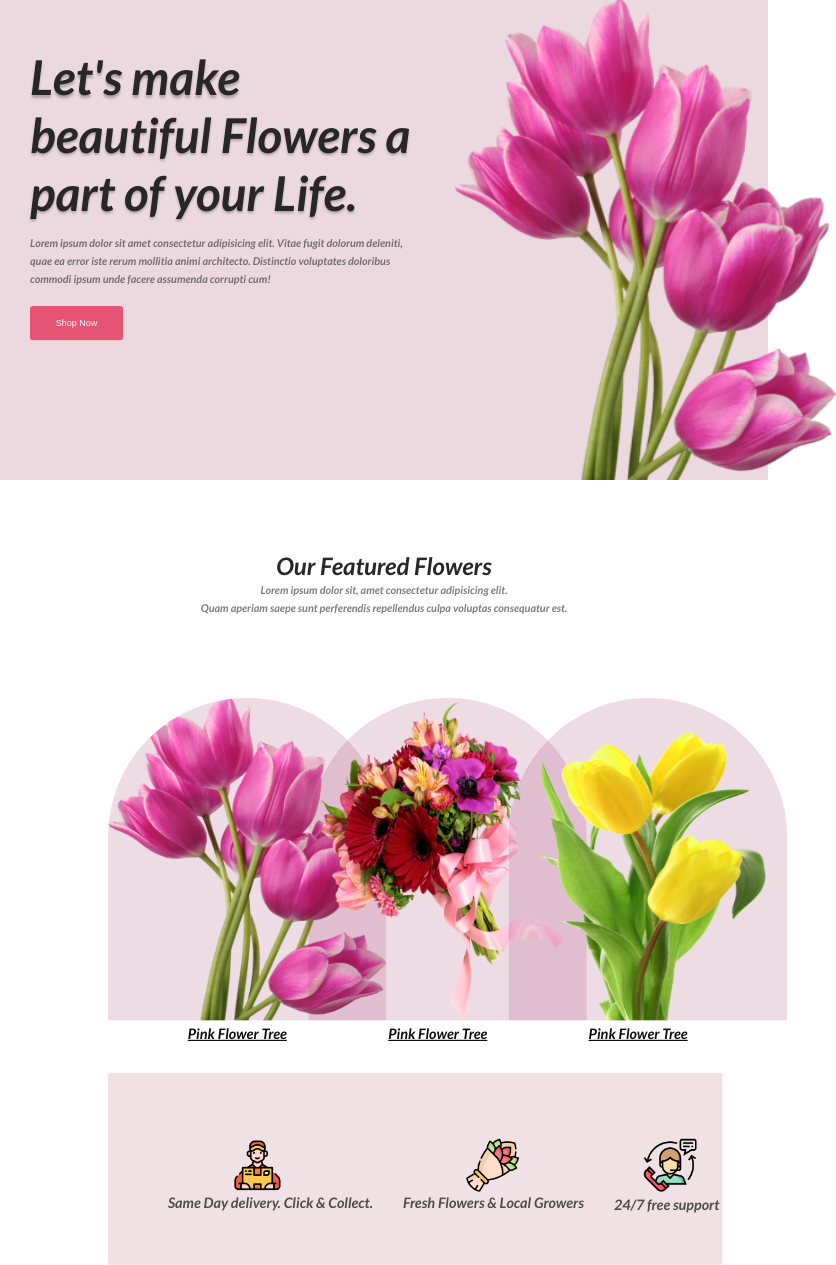
Repository: AnitaAkter/anita-flower-shop
Page: index.html
An editor plug-in stored every save of this project. The page is shown before and after the next save, followed by the edit.
The browser window is 1280 px wide. The page is 1393 px wide, so the pictures cover 1393 px, including what lies to the right of the window. The pictures show the whole page, at 60% of full size.

Above is the page before, as saved 2023-09-05 22:38:42.

### index.html
<!DOCTYPE html>
<html lang="en">

<head>
    <meta charset="UTF-8">
    <meta http-equiv="X-UA-Compatible" content="IE=edge">
    <meta name="viewport" content="width=device-width, initial-scale=1.0">
    <title>Anita's Flower Shop</title>
    <link rel="preconnect" href="https://fonts.googleapis.com">
    <link rel="preconnect" href="https://fonts.gstatic.com" crossorigin>
    <link href="https://fonts.googleapis.com/css2?family=Lato:ital,wght@1,700&display=swap" rel="stylesheet">
    <link rel="stylesheet" href="style.css">
</head>

<body>
    <div>
        <!-- /* Header -section start */ -->
        <header>
            <div class="header-intro">
                <h1>Let's make <br> beautiful Flowers a <br>part of your Life.</h1>
                <div class="header-p">
                    <p>Lorem ipsum dolor sit amet consectetur adipisicing elit. Vitae fugit dolorum deleniti, quae ea
                        error
                        iste rerum mollitia animi architecto. Distinctio voluptates doloribus commodi ipsum unde facere
                        assumenda corrupti cum!</p>
                </div>
                <button class="header-btn">Shop Now</button>
            </div>
            <div class="header-pic">
                <img src="images/pngwing 6.png" alt="">
            </div>
        </header>
        <!-- /* Header -section end */ -->
        <main>
            <div class="flowers-info">
                <h3>Our Featured Flowers</h3>
                <p>Lorem ipsum dolor sit, amet consectetur adipisicing elit. <br>
                    Quam aperiam saepe sunt perferendis repellendus culpa voluptas consequatur est.
                </p>
            </div>
            <div class="flowers-add">
                <div class="flowers-img">
                    <div class="flowers">
                        <img src="images/pngwing 6.png" alt="">
                        <p> <u>Pink Flower Tree</u> </p>
                    </div>
                    <div class="flowers">
                        <img src="images/pngwing 5.png" alt="">
                        <p><u>Pink Flower Tree</u></p>
                    </div>
                    <div class="flowers">
                        <img src="images/pngwing 7.png" alt="">
                        <p><u>Pink Flower Tree</u></p>
                    </div>

                </div>
            </div>






            <!-- Delivery section start -->
            <div class="delivery">
                <div class="delivery-img">
                    <div class="d-img">
                        <img src="images/Group 57.png" alt="">
                        <p>Same Day delivery. Click & Collect.</p>
                    </div>
                    <div class="d-img">
                        <img src="images/Group 58.png" alt="">
                        <p>Fresh Flowers & Local Growers</p>
                    </div>
                    <div>
                        <img src="images/Group 59.png" alt="">
                        <p>24/7 free support</p>
                    </div>
                </div>
            </div>
            <!-- Delivery section start -->
        </main>

    </div>
</body>

</html>

### style.css
/* Header -section start */

* {
    margin: 0;
    padding: 0;
    box-sizing: border-box;
}

body {
    font-family: 'Lato', sans-serif;
    font-weight: 900;
    width: 100%;
}

header {
    display: flex;
    background-color: hsl(342, 34%, 89%);
    width: 100%;
    height: 800px;
}

.header-intro {
    margin-top: 80px;
    margin-left: 50px;
    width: 708px;
    height: 506px;


}

.header-intro h1 {
    color: #272727;
    text-shadow: 0px 4px 4px rgba(0, 0, 0, 0.25);
    font-family: Lato;
    font-size: 80px;
    font-style: normal;
    font-weight: 800;
    line-height: normal;
    width: 708px;
    height: 310px;


}

.header-p {
    color: rgba(39, 39, 39, 0.60);
    font-family: Lato;
    font-size: 18px;
    font-style: normal;
    font-weight: 400;
    line-height: 30px;
    width: 634px;
    height: 120px;
    gap: 32px;



    /* 166.667% */
}

.header-btn {
    background-color: #E55473;
    border-radius: 5px;
    border: none;
    color: white;
    font-size: 15px;
    display: inline-flex;
    padding: 20px 43px;
    align-items: flex-start;
    gap: 10px;

}

.header-pic {
    width: 635px;
    height: 800px;
    margin-bottom: 0%;
    margin-right: auto;

}


.header-pic img {
    width: 635px;
    height: 800px;
    margin-bottom: 0%;
}

/* Header -section end */


/* flowers info styles */
.flowers-info {
    margin-top: 120px;
}

.flowers-info h3 {
    color: #272727;
    text-align: center;
    font-family: Lato;
    font-size: 40px;
    font-style: normal;
    font-weight: 800;
    line-height: normal;
}

.flowers-info p {
    color: rgba(39, 39, 39, 0.60);
    text-align: center;
    font-family: Lato;
    font-size: 18px;
    font-style: normal;
    font-weight: 400;
    line-height: 30px;
    /* 166.667% */
}


.flowers-add {
    margin-top: 80px;
    align-items: center;
    margin-bottom: 200px;
    margin-left: 180px;
    margin-right: 140px;
    width: 80%;
    height: 480px;
    gap: 54px;


}

.flowers-img {
    display: flex;
    align-items: center;
    gap: 24px;
    width: 464px;
    height: 538px;



}

.flowers-img img {
    width: 464px;
    height: 538px;
    display: inline-flex;
    background-image: url('/images/Rectangle\ 3\ \(1\).png');

    border-radius: 300px 300px 0px 0px;
    background: rgba(139, 24, 81, 0.15);

}

.flowers-img p {
    color: rgba(0, 0, 0, 0.951);

    font-family: Lato;
    font-size: 24px;
    font-style: normal;
    font-weight: 600;
    line-height: 35px;
    margin-left: 133px;
}

.flowers {

    width: 310px;
    height: 428px;


}





/* delivery section start */
.delivery {
    margin-top: 100px;
    margin-left: 180px;
    margin-right: 140px;
    background-color: #efe1e4;
    display: flex;
    width: 80%;
    height: 320px;
    border-radius: 5px;
    padding: 30px;
}

.delivery-img p {
    color: rgba(39, 39, 39, 0.80);

    font-family: Lato;
    font-size: 24px;
    font-style: normal;
    font-weight: 600;
    line-height: 35px;
    margin-left: -50px;


}

.delivery-img {
    display: inline-flex;
    margin-top: 80px;
    margin-left: 120px;
    gap: 100px;
    height: 30px;
    align-content: center;
    position: absolute;

}

.d-img img {
    display: grid;
    justify-content: center;
    margin-left: 55px;

}

After the next save:
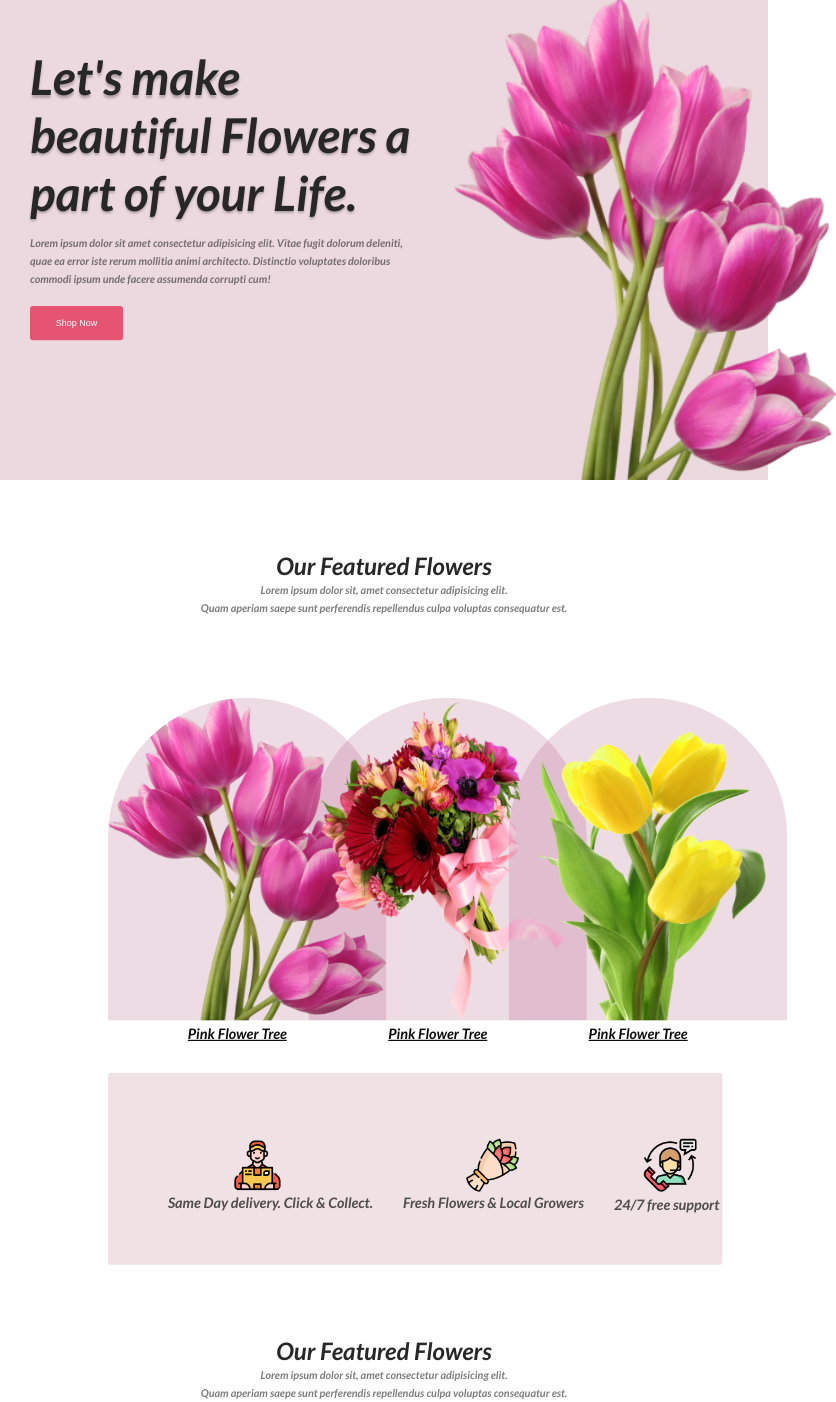
Saved 22 min 18 s later.
--- a/index.html
+++ b/index.html
@@ -79,6 +79,13 @@
                 </div>
             </div>
             <!-- Delivery section start -->
+
+            <div class="flowers-info">
+                <h3>Our Featured Flowers</h3>
+                <p>Lorem ipsum dolor sit, amet consectetur adipisicing elit. <br>
+                    Quam aperiam saepe sunt perferendis repellendus culpa voluptas consequatur est.
+                </p>
+            </div>
         </main>
 
     </div>
